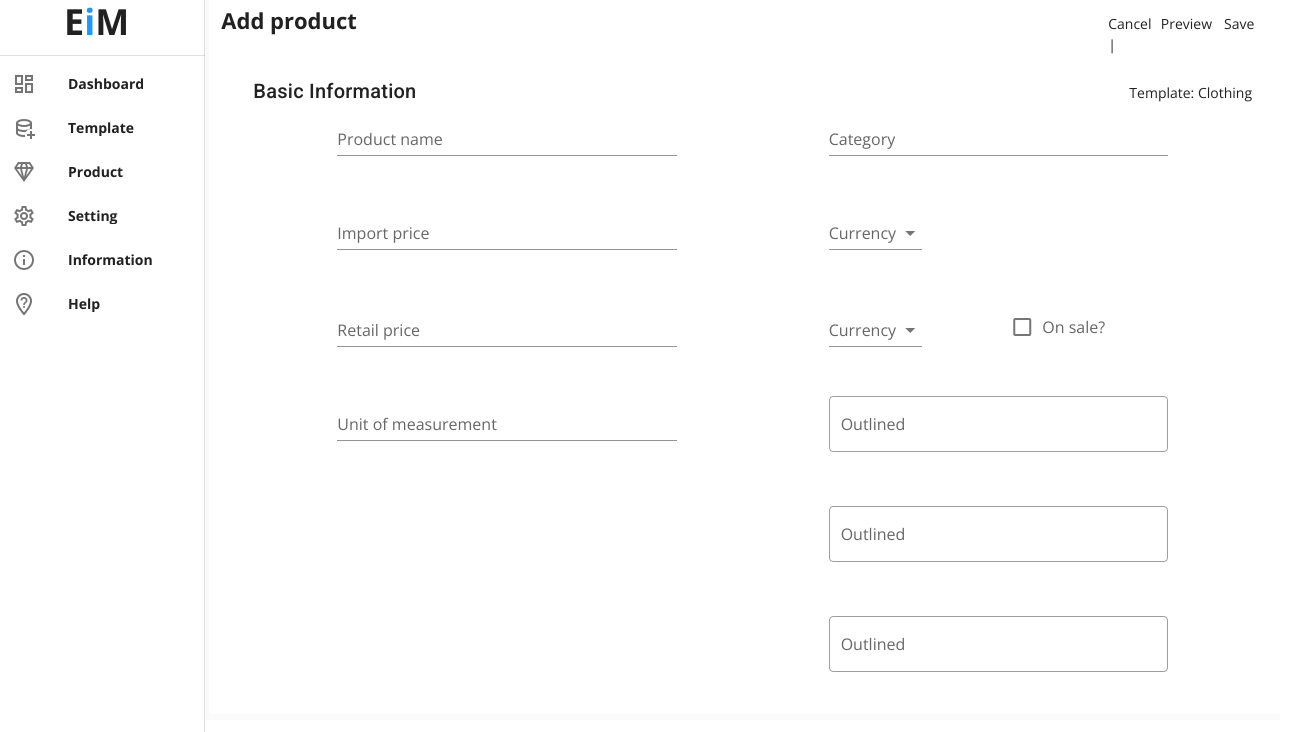
Repository: nguyenphuong152/pim-template
Page: /addproduct
The author's editor kept a copy of each file at every save. The page is drawn from the files as they stood at one save, then again after the next save.
The browser window is 1280 px wide. The page is 1308 px wide, so the pictures cover 1308 px, including what lies to the right of the window. The pictures show the whole page.
The project was rebuilt for these pictures with package versions that can differ from the ones it lists, and the page was loaded fresh each time. Also part of the build but not shown: vue.config.js, src/views/Home.vue, src/components/Outcome_1/SearchTemplate.vue, src/components/Outcome_1/YourTemplate.vue, src/components/Outcome_1/ListComponent.vue, src/components/Outcome_1/AddInfo.vue, src/components/Outcome_1/AddDetail.vue, src/components/Outcome_1/CreateRegion.vue and 5 more.

Above is the page before, as saved 2020-12-21 11:36:08.

### public/index.html
<!DOCTYPE html>
<html lang="en">
  <head>
    <meta charset="utf-8" />
    <meta http-equiv="X-UA-Compatible" content="IE=edge" />
    <meta name="viewport" content="width=device-width,initial-scale=1.0" />
    <link rel="icon" href="<%= BASE_URL %>favicon.ico" />
    <link rel="preconnect" href="https://fonts.gstatic.com" />
    <link rel="preconnect" href="https://fonts.gstatic.com" />
    <link rel="preconnect" href="https://fonts.gstatic.com" />
    <link
      href="https://fonts.googleapis.com/css2?family=Open+Sans:wght@300;400;600;700;800&display=swap"
      rel="stylesheet"
    />
    <link
      href="https://fonts.googleapis.com/css?family=Montserrat:300,400,500,600,700"
      rel="stylesheet"
    />
    <title><%= htmlWebpackPlugin.options.title %></title>
    <link
      rel="stylesheet"
      href="https://fonts.googleapis.com/css?family=Roboto:100,300,400,500,700,900"
    />
    <link
      rel="stylesheet"
      href="https://cdn.jsdelivr.net/npm/@mdi/font@latest/css/materialdesignicons.min.css"
    />
  </head>
  <body>
    <noscript>
      <strong
        >We're sorry but <%= htmlWebpackPlugin.options.title %> doesn't work
        properly without JavaScript enabled. Please enable it to
        continue.</strong
      >
    </noscript>
    <div id="app"></div>
    <!-- built files will be auto injected -->
  </body>
</html>

### src/main.js
import Vue from 'vue'
import App from './App.vue'
import router from './router'
import '../sass/style.scss'
import vuetify from './plugins/vuetify';

Vue.config.productionTip = false

new Vue({
  router,
  vuetify,
  render: h => h(App)
}).$mount('#app')

### src/App.vue
<template>
  <v-app v-bind:style="{ background: activeColor }">
    <v-row>
      <v-col cols="2" class="pa-0">
        <v-navigation-drawer permanent width="220">
          <v-list-item>
            <v-list-item-content>
              <v-list-item-title class="logo">
                E<span class="blue--text">i</span>M
              </v-list-item-title>
            </v-list-item-content>
          </v-list-item>

          <v-divider></v-divider>

          <v-list dense nav class="text-start pl-4">
            <v-list-item
              v-for="item in items"
              :key="item.title"
              :to="item.path"
              color="blue"
            >
              <v-list-item-icon>
                <v-icon>{{ item.icon }}</v-icon>
              </v-list-item-icon>
              <v-list-item-content>
                <v-list-item-title class="template-title font-weight-bold ">{{
                  item.title
                }}</v-list-item-title>
              </v-list-item-content>
            </v-list-item>
          </v-list>
        </v-navigation-drawer>
      </v-col>
      <v-col class="pa-0">
        <router-view />
      </v-col>
    </v-row>
  </v-app>
</template>

<script>
export default {
  name: "App",
  components: {},
  watch: {
    $route(to) {
      document.title = `${to.meta.title}`;
    },
  },
  data() {
    return {
      clicked: false,
      activeColor: "#FAFAFA",
      items: [
        { title: "Dashboard", icon: "mdi-view-dashboard-outline", path: "" },
        {
          title: "Template",
          icon: "mdi-database-plus-outline",
          path: "/template",
        },
        { title: "Product", icon: "mdi-diamond-stone", path: "/product" },
        { title: "Setting", icon: "mdi-cog-outline", path: "" },
        { title: "Information", icon: "mdi-information-outline", path: "" },
        { title: "Help", icon: "mdi-map-marker-question-outline", path: "" },
      ],
      right: null,
    };
  },
};
</script>

### src/router/index.js
import Vue from "vue";
import VueRouter from "vue-router";
import Home from "../views/Home.vue";
import Template from "../views/Outcome_1/CreateProductTemplate.vue";
import Product from "../views/Outcome_2/Outcome_2_screen.vue";
import AddProduct from "../views/Outcome_2/AddProduct.vue";

Vue.use(VueRouter);

const routes = [
  {
    path: "/",
    name: "Home",
    component: Home,
  },
  {
    path: "/template",
    name: "Template",
    component: Template,
    meta: {
      title: "Add Template",
    },
  },
  {
    path: "/product",
    name: "Product",
    component: Product,
    meta: {
      title: "Product",
    },
  },
  {
    path: "/addproduct",
    name: "AddProduct",
    component: AddProduct,
    meta: {
      title: "Add Product",
    },
  },
  {
    path: "/about",
    name: "About",
    // route level code-splitting
    // this generates a separate chunk (about.[hash].js) for this route
    // which is lazy-loaded when the route is visited.
    component: () =>
      import(/* webpackChunkName: "about" */ "../views/About.vue"),
  },
];

const router = new VueRouter({
  mode: "history",
  base: process.env.BASE_URL,
  routes,
});

export default router;

### sass/style.scss
$font-primary: 'Open Sans',
sans-serif;

@import "~vuetify/src/styles/styles.sass";

$fontsize-content: 14px;
$fontsize-title: 24px;
$fontsize-logo:36px;
$fontsize-header:22px;
$fontsize-nav:20px;


#app {
  font-family: $font-primary;
   font-size:$fontsize-content;
  -webkit-font-smoothing: antialiased;
  -moz-osx-font-smoothing: grayscale;
  text-align: center;
  color: #2c3e50;
}

#nav {
  padding: 30px;
}

#nav a {
  font-weight: bold;
  color: #2c3e50;
}

#nav a.router-link-exact-active {
  color: #42b983;
}

.title {
  font: $font-primary !important;
  font-size: $fontsize-nav !important;
}

.logo {
  @extend .title;
  font-weight: 700 !important;
  font-size: $fontsize-logo !important;
}

.text-header {
  font: $font-primary !important;
  font-size: $fontsize-header !important;
  font-weight: 700;
}


.template-title {
  @extend .title;
  font-size: $fontsize-content !important;
}

### src/views/Outcome_2/AddProduct.vue
<template>
  <v-container class="pa-0">
    <v-card class="ma-1" flat>
      <v-container class="text-start">
        <v-row class="align-baseline">
          <v-col cols="10">
            <span class="text-header">Add product</span>
          </v-col>
          <v-col>
            <v-row>
              <v-col class="px-0">
                <span>Cancel |</span>
              </v-col>
              <v-col class="px-0 text-end">
                <span>Preview</span>
              </v-col>
              <v-col>
                <span>Save</span>
              </v-col>
            </v-row>
          </v-col>
        </v-row>
      </v-container>
    </v-card>
    <BasicInfo />
  </v-container>
</template>

<script>
import BasicInfo from "../../components/Outcome_2/BasicInfo";
export default {
  components: {
    BasicInfo,
  },
};
</script>

### src/components/Outcome_2/BasicInfo.vue
<template>
  <v-container class="text-start ma-1 pa-0">
    <v-card flat>
      <v-row class="d-flex align-baseline px-14 pt-4">
        <span class="title pr-1">Basic Information</span>
        <v-spacer></v-spacer>
        <span>Template: Clothing</span>
      </v-row>
      <v-container class="px-16 py-0">
        <v-row class="d-flex align-baseline pa-0">
          <v-col>
            <v-container class="py-0 px-16">
              <v-text-field
                color="blue darken-2"
                label="Product name"
                hint="Miniskirt-02"
                required
              ></v-text-field>
            </v-container>
          </v-col>
          <v-col>
            <v-container class="py-0 px-16">
              <v-text-field
                color="blue darken-2"
                label="Category"
                hint="Ex: Miniskirt"
                required
              ></v-text-field>
            </v-container>
          </v-col>
        </v-row>
        <v-row class="d-flex align-baseline">
          <v-col cols="6">
            <v-container class="py-0 px-16">
              <v-text-field
                color="blue darken-2"
                label="Import price"
                hint="180,000"
                required
              ></v-text-field>
            </v-container>
          </v-col>
          <v-col cols="3">
            <v-container class="py-0 px-16">
              <v-select :items="items" label="Currency"></v-select>
            </v-container>
          </v-col>
          <v-col> </v-col>
        </v-row>
        <v-row class="d-flex align-baseline">
          <v-col cols="6">
            <v-container class="py-0 px-16">
              <v-text-field
                color="blue darken-2"
                label="Retail price"
                hint="180,000"
                required
              ></v-text-field>
            </v-container>
          </v-col>
          <v-col cols="3">
            <v-container class="py-0 px-16">
              <v-select :items="items" label="Currency"></v-select>
            </v-container>
          </v-col>
          <v-col
            ><v-checkbox label="On sale?" color="red" hide-details></v-checkbox>
          </v-col>
        </v-row>
        <v-row class="d-flex align-baseline">
          <v-col cols="6">
            <v-container class="py-0 px-16">
              <v-text-field
                color="blue darken-2"
                label="Unit of measurement"
                hint="Ex: piece, pair,..."
                required
              ></v-text-field>
            </v-container>
          </v-col>
          <v-col>
            <v-row>
              <v-container class="py-0 px-16">
                <v-col>
                  <v-text-field
                    label="Outlined"
                    placeholder="Placeholder"
                    outlined
                  ></v-text-field>
                </v-col>
                <v-col>
                  <v-text-field
                    label="Outlined"
                    placeholder="Placeholder"
                    outlined
                  ></v-text-field>
                </v-col>
                <v-col>
                  <v-text-field
                    label="Outlined"
                    placeholder="Placeholder"
                    outlined
                  ></v-text-field>
                </v-col>
              </v-container>
            </v-row>
          </v-col>
        </v-row>
      </v-container>
    </v-card>
  </v-container>
</template>

<script>
export default {
  data: () => ({
    items: ["VND", "USD", "EUR"],
  }),
};
</script>

<style></style>

Loaded but not shown: src/plugins/vuetify.js (common file)

After the next save:
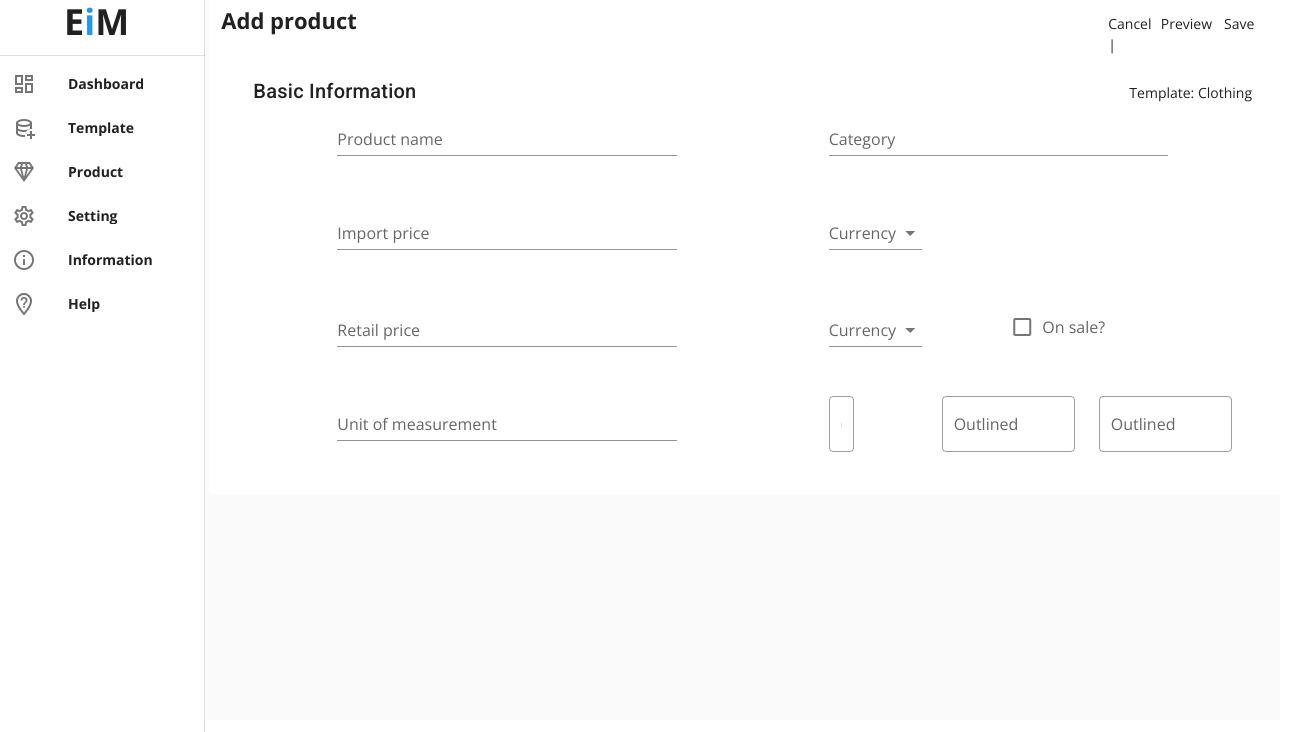
Saved 29 s later.
--- a/src/components/Outcome_2/BasicInfo.vue
+++ b/src/components/Outcome_2/BasicInfo.vue
@@ -80,29 +80,29 @@
           </v-col>
           <v-col>
             <v-row>
-              <v-container class="py-0 px-16">
-                <v-col>
+              <v-col>
+                <v-container class="py-0 px-16">
                   <v-text-field
                     label="Outlined"
                     placeholder="Placeholder"
                     outlined
                   ></v-text-field>
-                </v-col>
-                <v-col>
-                  <v-text-field
-                    label="Outlined"
-                    placeholder="Placeholder"
-                    outlined
-                  ></v-text-field>
-                </v-col>
-                <v-col>
-                  <v-text-field
-                    label="Outlined"
-                    placeholder="Placeholder"
-                    outlined
-                  ></v-text-field>
-                </v-col>
-              </v-container>
+                </v-container>
+              </v-col>
+              <v-col>
+                <v-text-field
+                  label="Outlined"
+                  placeholder="Placeholder"
+                  outlined
+                ></v-text-field>
+              </v-col>
+              <v-col>
+                <v-text-field
+                  label="Outlined"
+                  placeholder="Placeholder"
+                  outlined
+                ></v-text-field>
+              </v-col>
             </v-row>
           </v-col>
         </v-row>
